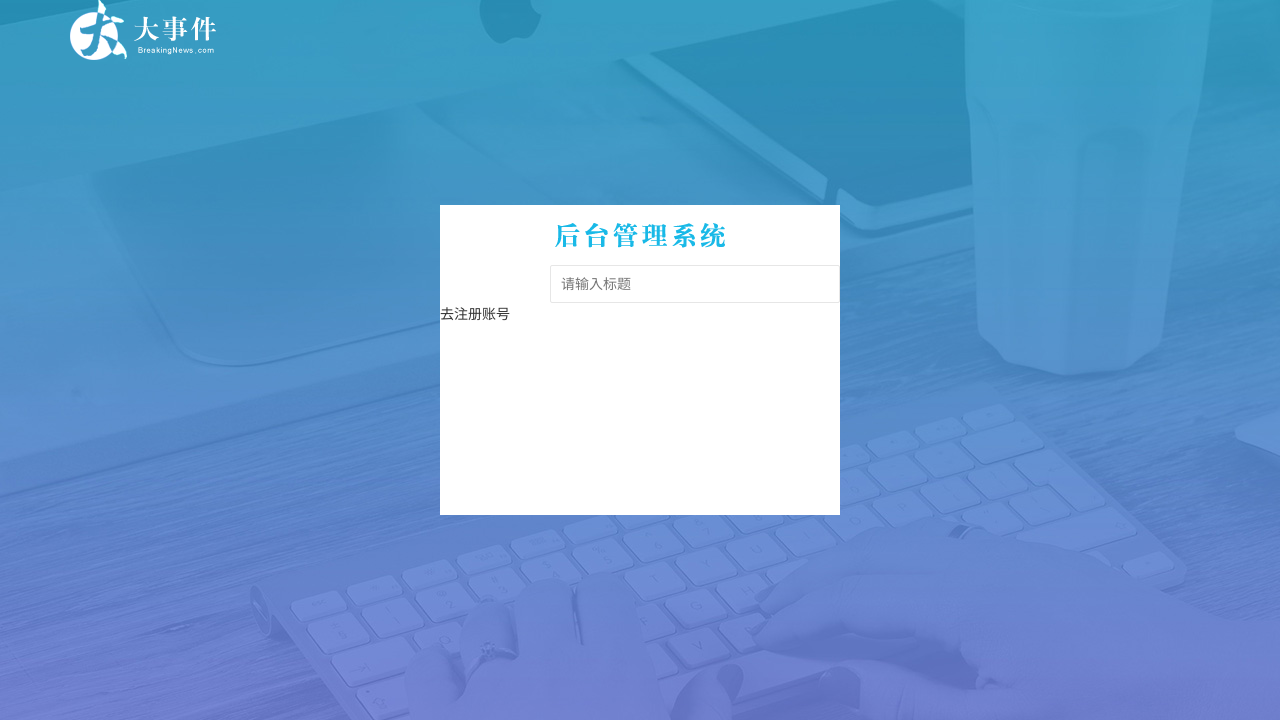
Repository: R1Deemo/Main-project
Page: login.html
An editor plug-in stored every save of this project. The page is shown before and after the next save, followed by the edit.
The browser window is 1280 px wide. The pictures show the whole page.

Above is the page before, as saved 2022-10-28 19:59:15.

### login.html
<!DOCTYPE html>
<html lang="en">

<head>
    <meta charset="UTF-8">
    <meta http-equiv="X-UA-Compatible" content="IE=edge">
    <meta name="viewport" content="width=device-width, initial-scale=1.0">
    <title>大事件-登录/注册</title>
    <link rel="stylesheet" href="/assets/css/login.css" />
    <link rel="stylesheet" href="/assets/lib/layui/css/layui.css" />
</head>

<body>
    <!-- 头部logo -->
    <div class="layui-main">
        <img src="/assets/images/logo.png" alt="" />
    </div>
    <!-- 登录注册 -->
    <div class="loginAndRegBox">
        <div class="title-box"></div>
        <!-- 登录 -->
        <div class="login-box">
            <form class="layui-form" action="">

                <div class="layui-input-block">
                    <input type="text" name="title" required lay-verify="required" placeholder="请输入标题" autocomplete="off" class="layui-input">
                </div>

            </form>
            <a href="javascript:;" id="link_reg">去注册账号</a>
        </div>
        <!-- 注册 -->
        <div class="reg-box"> <a href="javascript:;" id="link_login"> 去登陆</a> </div>

    </div>
    <!-- 导入jQuery -->
    <script src="/assets/lib/jquery.js"></script>
    <script src="/assets/js/login.js"></script>
</body>

</html>

### assets/css/login.css
html,
body {
    margin: 0;
    padding: 0;
    height: 100%;
    width: 100%;
    /* background-color: red; */
    background: url('/assets/images/login_bg.jpg') no-repeat center;
    background-size: cover;
}

.loginAndRegBox {
    width: 400px;
    height: 310px;
    background-color: #FFF;
    position: absolute;
    left: 50%;
    top: 50%;
    transform: translate(-50%, -50%);
}

.title-box {
    height: 60px;
    background: url('/assets/images/login_title.png')no-repeat center;
}

.reg-box {
    display: none;
}

### assets/js/login.js
$(function() {
    $('#link_reg').on('click', function() {
        $('.reg-box').show()
        $('.login-box').hide()
    })

    $('#link_login').on('click', function() {
        $('.reg-box').hide()
        $('.login-box').show()
    })
})

Loaded but not shown: assets/lib/layui/css/layui.css (library); assets/lib/jquery.js (library)

After the next save:
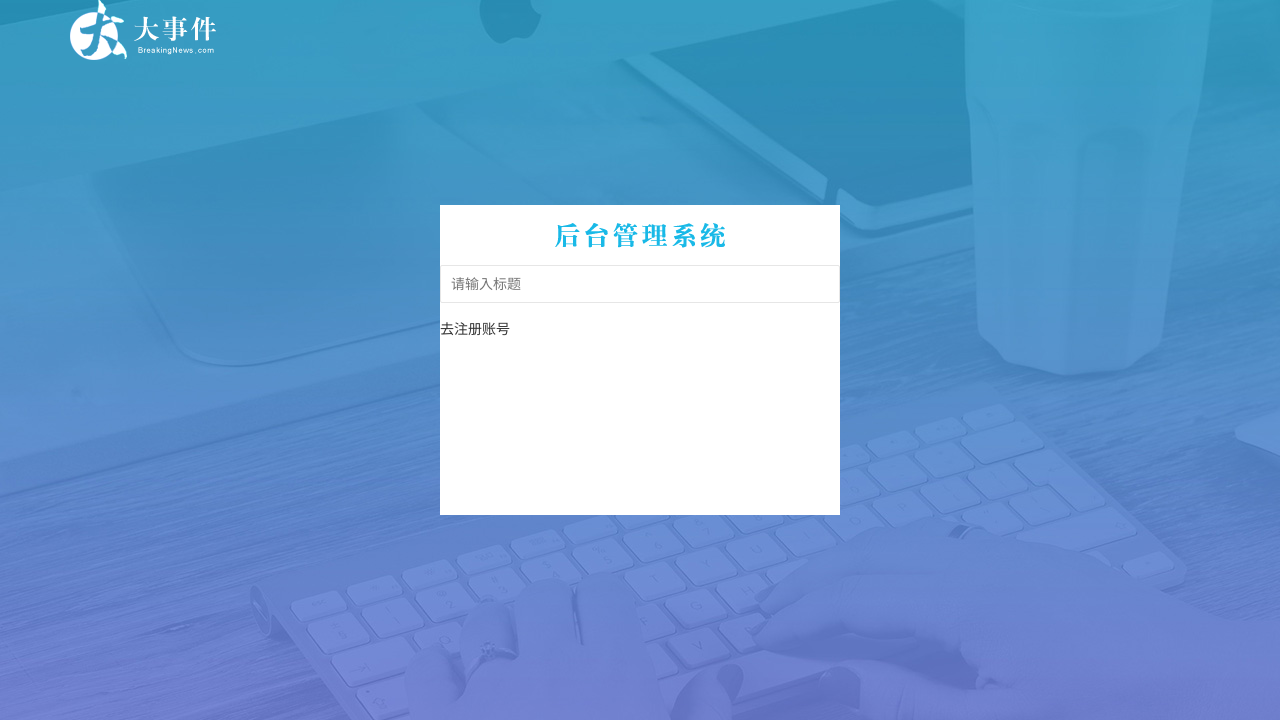
Saved 39 s later.
--- a/login.html
+++ b/login.html
@@ -21,11 +21,12 @@
         <!-- 登录 -->
         <div class="login-box">
             <form class="layui-form" action="">
+                <div class="layui-form-item">
 
-                <div class="layui-input-block">
+
                     <input type="text" name="title" required lay-verify="required" placeholder="请输入标题" autocomplete="off" class="layui-input">
+
                 </div>
-
             </form>
             <a href="javascript:;" id="link_reg">去注册账号</a>
         </div>
